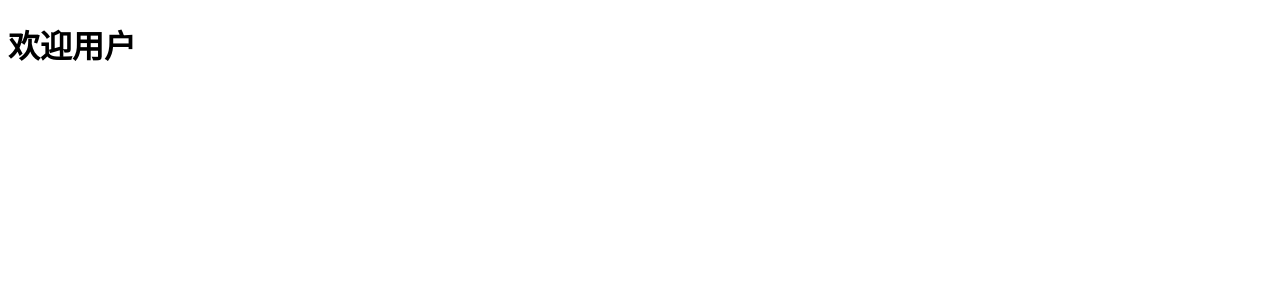
Repository: EthanZmr/myCode
Page: http://localhost/filter_demo/users/u.jsp
The author's editor kept a copy of each file at every save. The page is drawn from the files as they stood at one save, then again after the next save.
The browser window is 1280 px wide. The pictures show the whole page.
The page is served by Tomcat 9.

Above is the page before, as saved 2018-12-19 19:58:30.

After the next save:
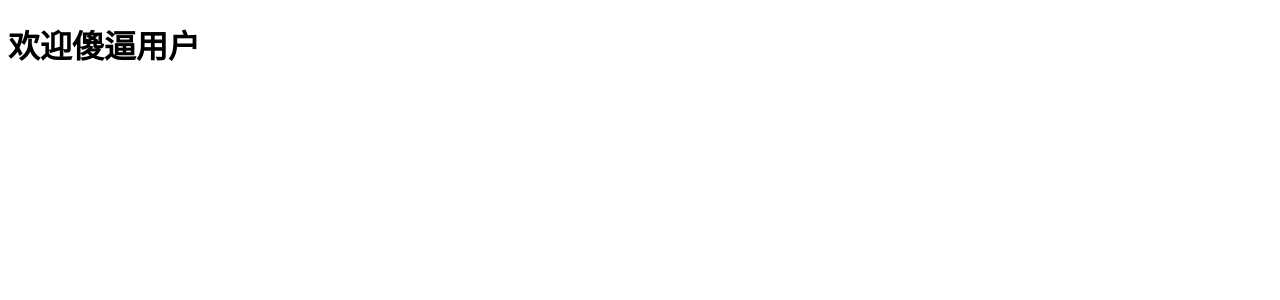
Saved 5 s later.
--- a/filter_demo/WebContent/users/u.jsp
+++ b/filter_demo/WebContent/users/u.jsp
@@ -7,6 +7,6 @@
 <title>Insert title here</title>
 </head>
 <body>
-<h1>欢迎用户</h1>
+<h1>欢迎傻逼用户</h1>
 </body>
 </html>
